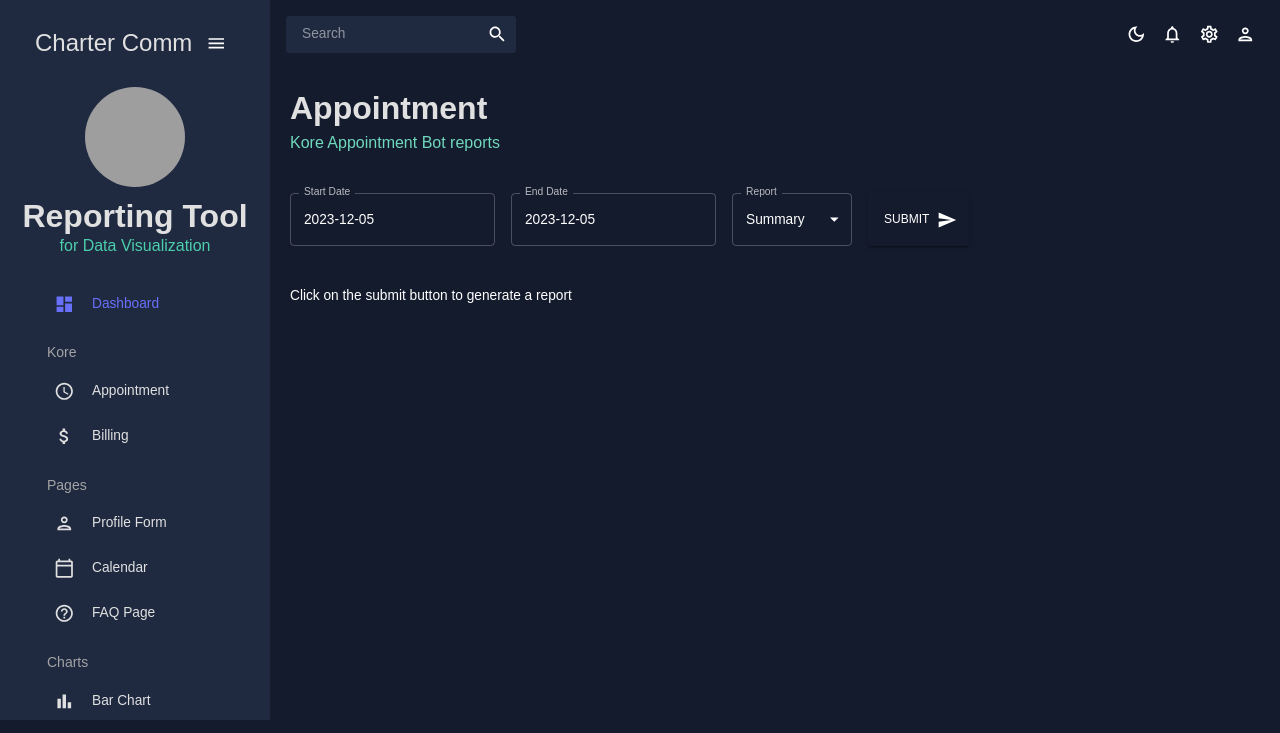
Repository: HenrryWith2Rs/reporthub
Page: /kore/appt (app in ui/)
An editor plug-in stored every save of this project. The page is shown before and after the next save, followed by the edit.
The browser window is 1280 px wide. The pictures show the whole page.
Pictures or frames that could not be fetched are drawn as grey boxes. The project was rebuilt for these pictures with package versions that can differ from the ones it lists, and the page was loaded fresh each time. Also part of the build but not shown: ui/vite.config.ts, ui/src/data/mockData.ts, ui/src/components/LineChart.tsx, ui/src/data/mockGeoFeatures.ts, ui/src/components/GeographyChart.tsx, ui/src/data/dataParser.ts, ui/src/components/BarChart.tsx, ui/src/components/ProgressCircle.tsx and 7 more.

Above is the page before, as saved 2023-12-07 07:28:26.

### ui/src/main.tsx
import React from 'react';
import ReactDOM from 'react-dom/client';
import { BrowserRouter } from 'react-router-dom';
import App from './App.tsx';
import './index.css';
import { LocalizationProvider } from '@mui/x-date-pickers';
import { AdapterDateFns } from '@mui/x-date-pickers/AdapterDateFns';
import { QueryClient, QueryClientProvider } from '@tanstack/react-query';
// import {ReactQueryDevtools} from "@tanstack/react-query-devtools"

const queryClient = new QueryClient();

ReactDOM.createRoot(document.getElementById('root')!).render(
  <React.StrictMode>
    <LocalizationProvider dateAdapter={AdapterDateFns}>
      <BrowserRouter>
        <QueryClientProvider client={queryClient}>
          <App />
        </QueryClientProvider>
      </BrowserRouter>
    </LocalizationProvider>
  </React.StrictMode>
);

### ui/src/App.tsx
import { Routes, Route } from 'react-router-dom';
import ThemeRegistry from './ThemeRegistry/ThemeRegistry';
import Topbar from './scenes/global/Topbar';
import Sidebar from './scenes/global/Sidebar';
import Dashboard from './scenes/dashboard';
import Appointment from './scenes/appointment';
import Bar from './scenes/bar';
import Pie from './scenes/pie';
import Line from './scenes/line';
import Geography from './scenes/geography';

function App() {
  return (
    <ThemeRegistry>
      <div className="app">
        <Sidebar />
        <main className="content">
          <Topbar />
          <Routes>
            <Route path="/" element={<Dashboard />} />
            <Route path="/kore/appt" element={<Appointment />} />
            <Route path="/bar" element={<Bar />} />
            <Route path="/pie" element={<Pie />} />
            <Route path="/line" element={<Line />} />
            <Route path="/geography" element={<Geography />} />
          </Routes>
        </main>
      </div>
    </ThemeRegistry>
  );
}

export default App;

### ui/src/index.css
@import url('https://fonts.googleapis.com/css2?family=Poppins:wght@300;400;500;600&family=Source+Code+Pro:wght@400;600;700&display=swap');

html,
body,
#root,
.app,
.content {
  height: 100%;
  width: 100%;
  font-family: 'Source Sans Pro', sans-serif;
}

.app {
  display: flex;
  position: relative;
}

::-webkit-scrollbar {
  width: 10px;
}

/* Track */
::-webkit-scrollbar-track {
  background: #e0e0e0;
}

/* Handle */
::-webkit-scrollbar-thumb {
  background: #888;
}

/* Handle on hover */
::-webkit-scrollbar-thumb:hover {
  background: #555;
}

### ui/src/ThemeRegistry/ThemeRegistry.tsx
import { ThemeProvider, CssBaseline } from '@mui/material';
import { ColorModeContext, useMode } from './theme';

export default function ThemeRegistry({
  children,
}: {
  children: React.ReactNode;
}) {
  const [theme, colorMode] = useMode();
  return (
    <ColorModeContext.Provider value={colorMode}>
      <ThemeProvider theme={theme}>
        {/* CssBaseline kickstart an elegant, consistent, and simple baseline to build upon. */}
        <CssBaseline />
        {children}
      </ThemeProvider>
    </ColorModeContext.Provider>
  );
}

### ui/src/scenes/global/Topbar.tsx
import { Box, IconButton, useTheme } from '@mui/material';
import { useContext } from 'react';
import { ColorModeContext, tokens } from '../../ThemeRegistry/theme';
import InputBase from '@mui/material/InputBase';
import LightModeOutlinedIcon from '@mui/icons-material/LightModeOutlined';
import DarkModeOutlinedIcon from '@mui/icons-material/DarkModeOutlined';
import NotificationsOutlinedIcon from '@mui/icons-material/NotificationsOutlined';
import SettingsOutlinedIcon from '@mui/icons-material/SettingsOutlined';
import PersonOutlinedIcon from '@mui/icons-material/PersonOutlined';
import SearchIcon from '@mui/icons-material/Search';

const Topbar = () => {
  const theme = useTheme();
  const colors = tokens(theme.palette.mode);
  const colorMode = useContext(ColorModeContext);

  return (
    <Box display="flex" justifyContent="space-between" p={2}>
      {/* SEARCH BAR */}
      <Box
        sx={{
          display: 'flex',
          backgroundColor: colors.primary[400],
          borderRadius: '3px',
        }}
      >
        <InputBase sx={{ ml: 2, flex: 1 }} placeholder="Search" />
        <IconButton type="button" sx={{ p: 1 }}>
          <SearchIcon />
        </IconButton>
      </Box>

      {/* ICONS */}
      <Box display="flex">
        <IconButton onClick={colorMode.toggleColorMode}>
          {theme.palette.mode === 'dark' ? (
            <DarkModeOutlinedIcon />
          ) : (
            <LightModeOutlinedIcon />
          )}
        </IconButton>
        <IconButton>
          <NotificationsOutlinedIcon />
        </IconButton>
        <IconButton>
          <SettingsOutlinedIcon />
        </IconButton>
        <IconButton>
          <PersonOutlinedIcon />
        </IconButton>
      </Box>
    </Box>
  );
};

export default Topbar;

### ui/src/scenes/global/Sidebar.tsx
import { useState } from 'react';
import { ProSidebar, Menu, MenuItem } from 'react-pro-sidebar';
import { Box, IconButton, Typography, useTheme } from '@mui/material';
import { Link } from 'react-router-dom';
import 'react-pro-sidebar/dist/css/styles.css';
import { tokens } from '../../ThemeRegistry/theme';
import DashboardIcon from '@mui/icons-material/Dashboard';
import AccessTimeIcon from '@mui/icons-material/AccessTime';
import AttachMoneyIcon from '@mui/icons-material/AttachMoney';

import PersonOutlinedIcon from '@mui/icons-material/PersonOutlined';
import CalendarTodayOutlinedIcon from '@mui/icons-material/CalendarTodayOutlined';
import HelpOutlineOutlinedIcon from '@mui/icons-material/HelpOutlineOutlined';
import BarChartOutlinedIcon from '@mui/icons-material/BarChartOutlined';
import PieChartOutlineOutlinedIcon from '@mui/icons-material/PieChartOutlineOutlined';
import TimelineOutlinedIcon from '@mui/icons-material/TimelineOutlined';
import MenuOutlinedIcon from '@mui/icons-material/MenuOutlined';
import MapOutlinedIcon from '@mui/icons-material/MapOutlined';

type ItemProps = {
  title: string;
  to: string;
  icon: JSX.Element;
  selected: string;
  setSelected: React.Dispatch<React.SetStateAction<string>>;
};

const Item: React.FC<ItemProps> = ({
  title,
  to,
  icon,
  selected,
  setSelected,
}) => {
  const theme = useTheme();
  const colors = tokens(theme.palette.mode);
  return (
    <MenuItem
      active={selected === title}
      style={{
        color: colors.grey[100],
      }}
      onClick={() => setSelected(title)}
      icon={icon}
    >
      <Typography>{title}</Typography>
      <Link to={to} />
    </MenuItem>
  );
};

const Sidebar = () => {
  const theme = useTheme();
  const colors = tokens(theme.palette.mode);
  const [isCollapsed, setIsCollapsed] = useState(false);
  const [selected, setSelected] = useState('Dashboard');

  return (
    <Box
      sx={{
        '& .pro-sidebar-inner': {
          background: `${colors.primary[400]} !important`,
        },
        '& .pro-icon-wrapper': {
          backgroundColor: 'transparent !important',
        },
        '& .pro-inner-item': {
          padding: '5px 35px 5px 20px !important',
        },
        '& .pro-inner-item:hover': {
          color: '#868dfb !important',
        },
        '& .pro-menu-item.active': {
          color: '#6870fa !important',
        },
      }}
    >
      <ProSidebar collapsed={isCollapsed}>
        <Menu iconShape="square">
          {/* LOGO AND MENU ICON */}
          <MenuItem
            onClick={() => setIsCollapsed(!isCollapsed)}
            icon={isCollapsed ? <MenuOutlinedIcon /> : undefined}
            style={{
              margin: '10px 0 20px 0',
              color: colors.grey[100],
            }}
          >
            {!isCollapsed && (
              <Box
                display="flex"
                justifyContent="space-between"
                alignItems="center"
                ml="15px"
              >
                <Typography variant="h3" color={colors.grey[100]}>
                  Charter Comm
                </Typography>
                <IconButton onClick={() => setIsCollapsed(!isCollapsed)}>
                  <MenuOutlinedIcon />
                </IconButton>
              </Box>
            )}
          </MenuItem>

          {!isCollapsed && (
            <Box mb="25px">
              <Box display="flex" justifyContent="center" alignItems="center">
                <img
                  alt="profile-user"
                  width="100px"
                  height="100px"
                  src={`../../assets/me.png`}
                  style={{ cursor: 'pointer', borderRadius: '50%' }}
                />
              </Box>
              <Box textAlign="center">
                <Typography
                  variant="h2"
                  color={colors.grey[100]}
                  fontWeight="bold"
                  sx={{ m: '10px 0 0 0' }}
                >
                  Reporting Tool
                </Typography>
                <Typography variant="h5" color={colors.greenAccent[500]}>
                  for Data Visualization
                </Typography>
              </Box>
            </Box>
          )}

          <Box paddingLeft={isCollapsed ? undefined : '10%'}>
            <Item
              title="Dashboard"
              to="/"
              icon={<DashboardIcon />}
              selected={selected}
              setSelected={setSelected}
            />

            <Typography
              variant="h6"
              color={colors.grey[300]}
              sx={{ m: '15px 0 5px 20px' }}
            >
              Kore
            </Typography>
            <Item
              title="Appointment"
              to="/kore/appt"
              icon={<AccessTimeIcon />}
              selected={selected}
              setSelected={setSelected}
            />
            <Item
              title="Billing"
              to="/kore/bill"
              icon={<AttachMoneyIcon />}
              selected={selected}
              setSelected={setSelected}
            />

            <Typography
              variant="h6"
              color={colors.grey[300]}
              sx={{ m: '15px 0 5px 20px' }}
            >
              Pages
            </Typography>
            <Item
              title="Profile Form"
              to="/form"
              icon={<PersonOutlinedIcon />}
              selected={selected}
              setSelected={setSelected}
            />
            <Item
              title="Calendar"
              to="/calendar"
              icon={<CalendarTodayOutlinedIcon />}
              selected={selected}
              setSelected={setSelected}
            />
            <Item
              title="FAQ Page"
              to="/faq"
              icon={<HelpOutlineOutlinedIcon />}
              selected={selected}
              setSelected={setSelected}
            />

            <Typography
              variant="h6"
              color={colors.grey[300]}
              sx={{ m: '15px 0 5px 20px' }}
            >
              Charts
            </Typography>
            <Item
              title="Bar Chart"
              to="/bar"
              icon={<BarChartOutlinedIcon />}
              selected={selected}
              setSelected={setSelected}
            />
            <Item
              title="Pie Chart"
              to="/pie"
              icon={<PieChartOutlineOutlinedIcon />}
              selected={selected}
              setSelected={setSelected}
            />
            <Item
              title="Line Chart"
              to="/line"
              icon={<TimelineOutlinedIcon />}
              selected={selected}
              setSelected={setSelected}
            />
            <Item
              title="Geography Chart"
              to="/geography"
              icon={<MapOutlinedIcon />}
              selected={selected}
              setSelected={setSelected}
            />
          </Box>
        </Menu>
      </ProSidebar>
    </Box>
  );
};

export default Sidebar;

### ui/src/scenes/appointment/index.tsx
import { useState, useEffect } from 'react';
import { tokens } from '../../ThemeRegistry/theme';
import Header from '../../components/Header';
import {
  useTheme,
  Box,
  Stack,
  Button,
  MenuItem,
  InputLabel,
  FormControl,
  CircularProgress,
} from '@mui/material';
import SendIcon from '@mui/icons-material/Send';
import Select, { SelectChangeEvent } from '@mui/material/Select';
import { DatePicker } from '@mui/x-date-pickers/DatePicker';
import { format } from 'date-fns';
import { getLastNDays } from '../../utils/dateUtils';
import { ReportType } from '../../types/koreTypes';
import useBotData from '../../api/dataHooks/useAppointmentData';

const Appointment = () => {
  const theme = useTheme();
  const colors = tokens(theme.palette.mode);

  // State variables
  const [dateStart, setDateStart] = useState<Date | null>(new Date());
  const [dateEnd, setDateEnd] = useState<Date | null>(new Date());
  const [reportType, setReportType] = useState<ReportType>('summary');
  const [isFetchEnabled, setIsFetchEnabled] = useState<boolean>(false);

  // Effect to set initial date values
  useEffect(() => {
    const { startDate, endDate } = getLastNDays(1);
    setDateStart(startDate);
    setDateEnd(endDate);
  }, []);

  // Format date values
  const formattedStartDate = formatDate(dateStart);
  const formattedEndDate = formatDate(dateEnd);

  // Fetch data using useBotData
  const { data, isFetching, error, refetch } = useBotData(
    'appointment',
    formattedStartDate,
    formattedEndDate,
    reportType,
    'html',
    isFetchEnabled
  );

  // Log loading, error, or API response
  if (isFetching) {
    console.log('Loading...');
  } else if (error) {
    console.error('Error fetching data');
  } else if (data) {
    console.log('API Response:', data);
    // Display data or update state as needed
  }

  // Handle select change
  const handleSelectChange = (event: SelectChangeEvent) => {
    setReportType(event.target.value as ReportType);
  };

  // Handle form submission
  const handleSubmit = () => {
    setIsFetchEnabled(true); // Enable fetching
    refetch(); // Trigger API call
  };
  return (
    <Box m="20px">
      <Header title="Appointment" subtitle="Kore Appointment Bot reports" />
      <Box m="40px 0 0 0" height="75vh">
        <Stack direction="row" spacing={2}>
          <DatePicker
            label="Start Date"
            format="yyyy-MM-dd"
            value={dateStart}
            onChange={(newValue) => setDateStart(newValue)}
          />
          <DatePicker
            label="End Date"
            format="yyyy-MM-dd"
            value={dateEnd}
            onChange={(newValue) => setDateEnd(newValue)}
          />
          <FormControl sx={{ minWidth: 120 }}>
            <InputLabel>Report</InputLabel>
            <Select
              value={reportType}
              label="Report"
              onChange={handleSelectChange}
            >
              <MenuItem value={'summary'}>Summary</MenuItem>
              <MenuItem value={'detailed'}>Detailed</MenuItem>
            </Select>
          </FormControl>
          <Button
            variant="contained"
            endIcon={<SendIcon />}
            onClick={handleSubmit}
          >
            Submit
          </Button>
        </Stack>
        <Box m="40px 0 0 0" height="10vh">
          {isFetching ? (
            <CircularProgress />
          ) : error ? (
            <div>Error fetching data. Please try again.</div>
          ) : data ? (
            <div>Data loaded successfully!</div>
          ) : (
            <div>Click on the submit button to generate a report</div>
          )}
        </Box>
      </Box>
    </Box>
  );
};

const formatDate = (date: Date | null): string => {
  return date ? format(date, 'yyyy-MM-dd') : '';
};

export default Appointment;

### ui/src/components/Header.tsx
import { Typography, Box, useTheme } from '@mui/material';
import { tokens } from '../ThemeRegistry/theme';

type HeaderProps = {
  title: string;
  subtitle: string;
};

const Header = ({ title, subtitle }: HeaderProps) => {
  const theme = useTheme();
  const colors = tokens(theme.palette.mode);
  return (
    <Box mb="30px">
      <Typography
        variant="h2"
        color={colors.grey[100]}
        fontWeight="bold"
        sx={{ m: '0 0 5px 0' }}
      >
        {title}
      </Typography>
      <Typography variant="h5" color={colors.greenAccent[400]}>
        {subtitle}
      </Typography>
    </Box>
  );
};

export default Header;

### ui/src/utils/dateUtils.ts
import { subDays } from 'date-fns';

export function getLastNDays(n: number): {
  startDate: Date;
  endDate: Date;
} {
  const currentDate = new Date();
  const endDate = subDays(currentDate, 1);
  const startDate = subDays(currentDate, n);

  return { startDate, endDate };
}

### ui/src/api/dataHooks/useAppointmentData.ts
// useBotData.ts
import { useQuery } from '@tanstack/react-query';
import {
  RequestParameters,
  BotType,
  ReportType,
  FormatType,
} from '../../types/koreTypes';
import { fetchAppointmentData } from '../data/koreBotDataFetcher';

const useBotData = (
  botType: string,
  dateStart: string,
  dateEnd: string,
  reportType: string,
  format: string,
  isFetchEnabled: boolean
) => {
  const params: RequestParameters = {
    bot: botType as BotType,
    reportType: reportType as ReportType,
    format: format as FormatType,
    dateStart,
    dateEnd,
  };

  const { data, isFetching, error, refetch } = useQuery({
    queryKey: [`${botType}Data`, dateStart, dateEnd],
    queryFn: () => fetchAppointmentData(params),
    enabled: isFetchEnabled,
  });

  return {
    data,
    isFetching,
    error,
    refetch,
  };
};

export default useBotData;

### ui/src/api/data/koreBotDataFetcher.ts
import axios from 'axios';
import { RequestParameters } from '../../types/koreTypes';

export const fetchAppointmentData = async (params: RequestParameters) => {
  try {
    const response = await axios.post(
      'http://localhost:3000/api/kore/appt',
      params
    );

    return response.data;
  } catch (error) {
    throw new Error(`Failed to fetch appointment data -> ${error}`);
  }
};

Loaded but not shown: ui/index.html (common file); ui/src/ThemeRegistry/theme.ts (216 lines, source omitted)

After the next save:
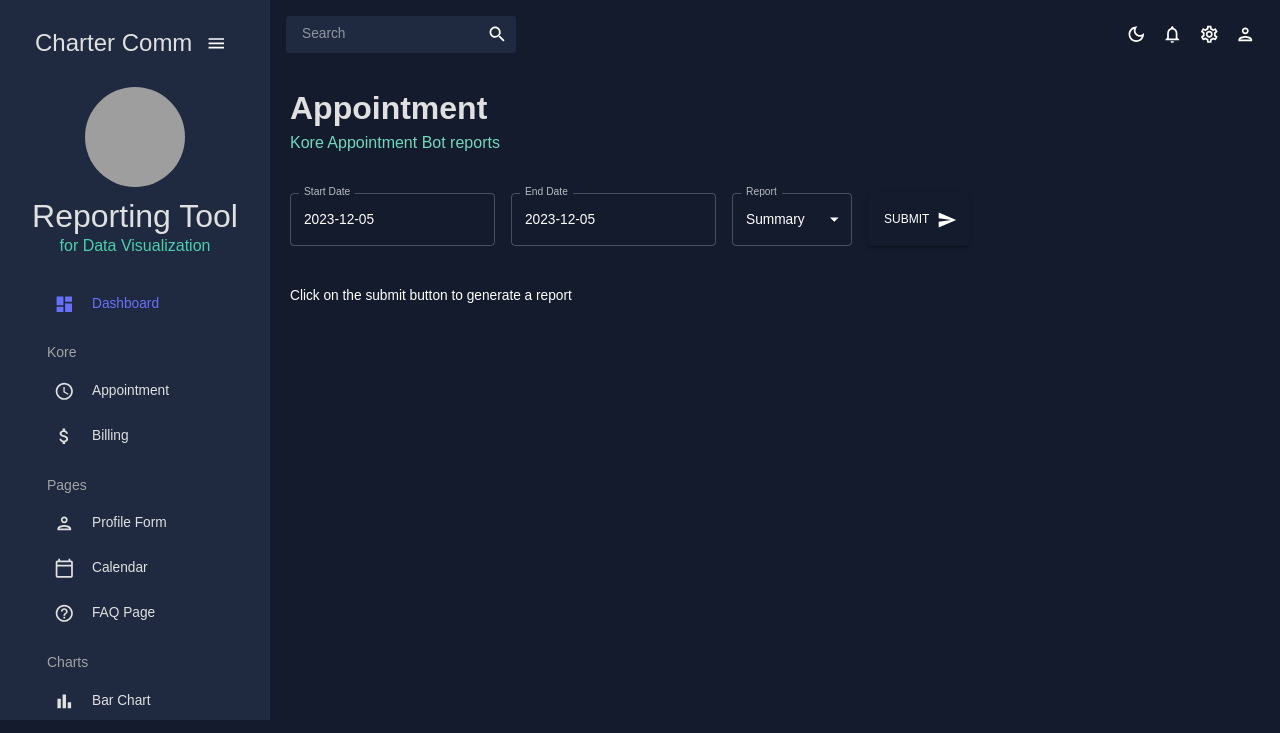
Saved 5 s later.
--- a/ui/src/scenes/global/Sidebar.tsx
+++ b/ui/src/scenes/global/Sidebar.tsx
@@ -118,7 +118,6 @@
                 <Typography
                   variant="h2"
                   color={colors.grey[100]}
-                  fontWeight="bold"
                   sx={{ m: '10px 0 0 0' }}
                 >
                   Reporting Tool

After the save that followed:
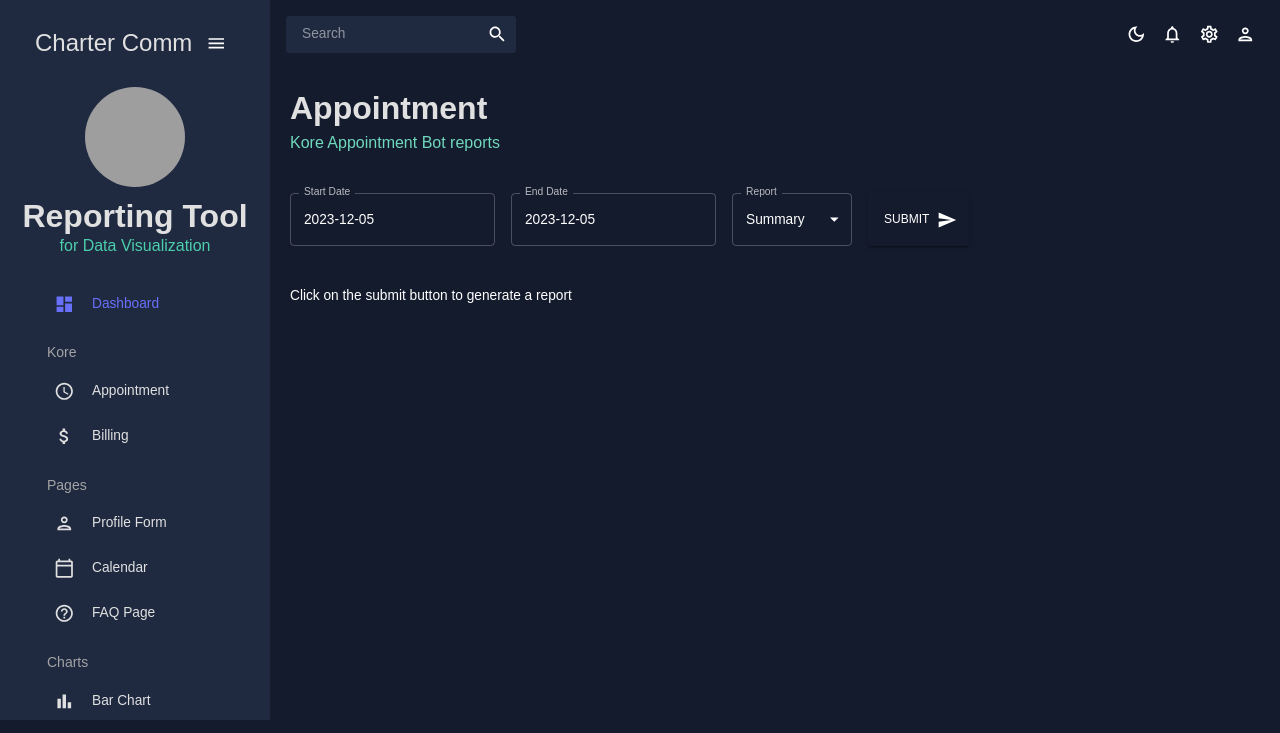
Saved 8 s later.
--- a/ui/src/scenes/global/Sidebar.tsx
+++ b/ui/src/scenes/global/Sidebar.tsx
@@ -118,6 +118,7 @@
                 <Typography
                   variant="h2"
                   color={colors.grey[100]}
+                  fontWeight="bold"
                   sx={{ m: '10px 0 0 0' }}
                 >
                   Reporting Tool
